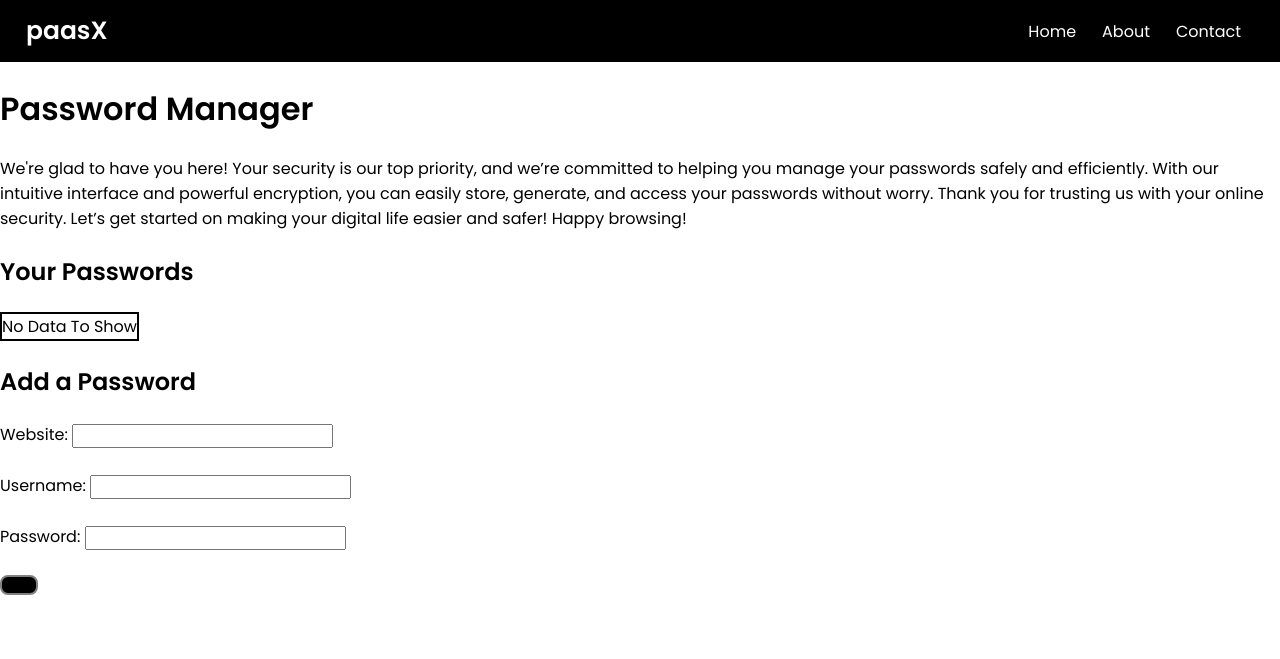
Repository: Abhi2807ar/PASSWORD-MANAGER
Page: index.html
The author's editor kept a copy of each file at every save. The page is drawn from the files as they stood at one save, then again after the next save.
The browser window is 1280 px wide. The pictures show the whole page.

Above is the page before, as saved 2024-10-14 18:46:54.

After the next save:
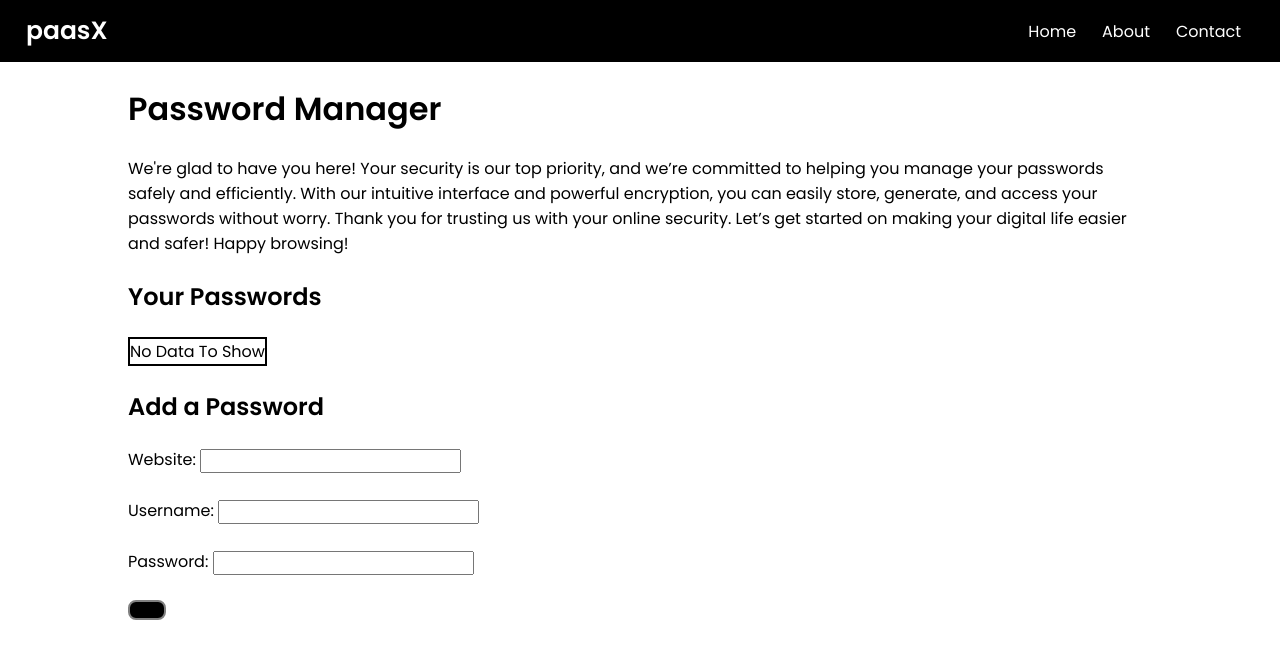
Saved 10 s later.
--- a/index.html
+++ b/index.html
@@ -19,7 +19,7 @@
         </ul>
 
     </nav>
-    <div class="'container">
+    <div class="container">
         <h1>Password Manager</h1>
         <p> We're glad to have you here! Your security is our top priority,
              and we’re committed to helping you manage your passwords safely and efficiently.
